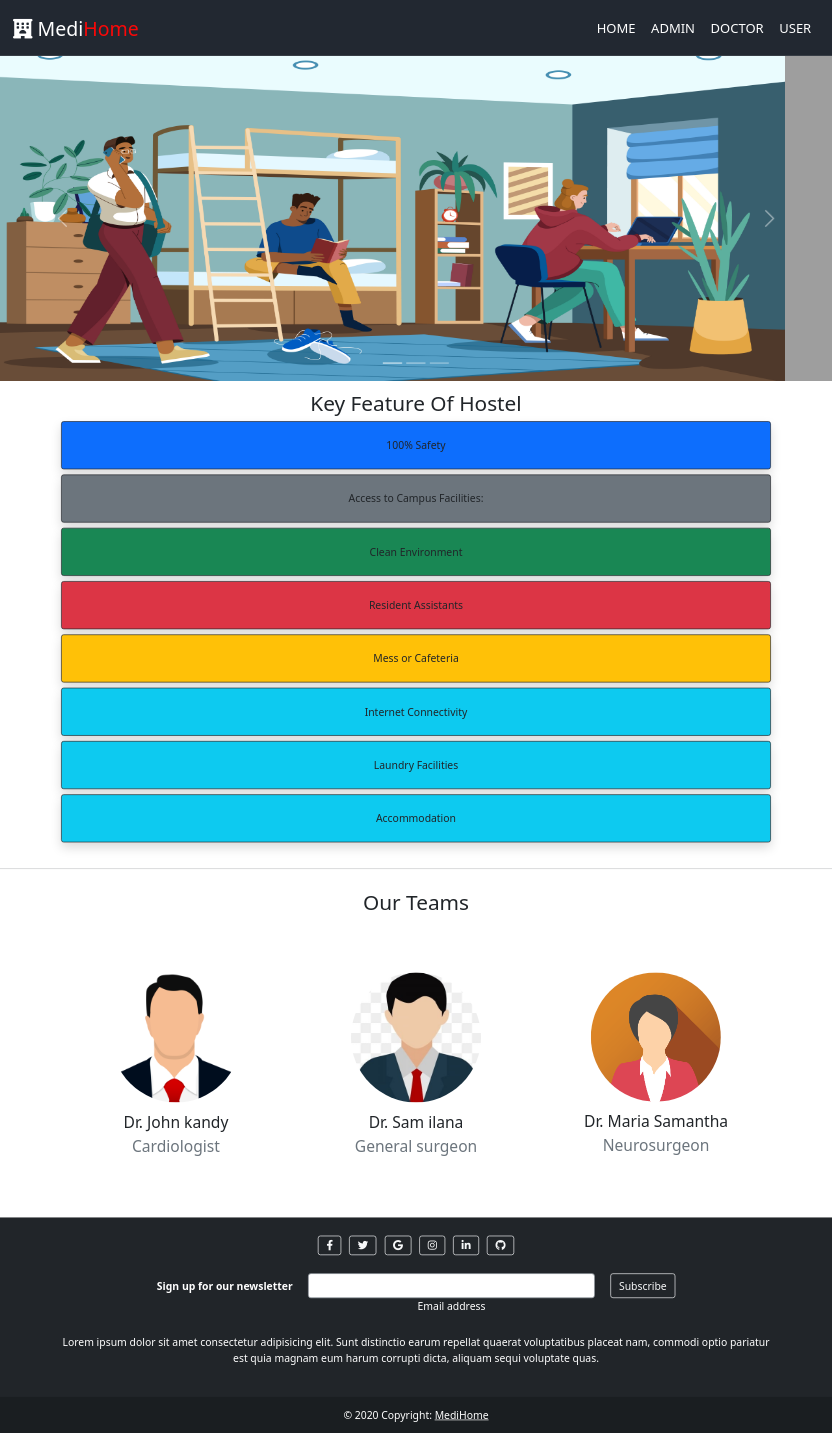
Repository: SparshGarg1/Hostel_Managment_System
Page: http://localhost/Hostel/
The author's editor kept a copy of each file at every save. The page is drawn from the files as they stood at one save, then again after the next save.
The browser window is 1280 px wide. The pictures show the whole page, at 65% of full size.
Pictures or frames that could not be fetched are drawn as grey boxes. Some web libraries are served in a nearby version. The page is served by Tomcat 9.

Above is the page before, as saved 2023-06-17 05:12:55.

### Hostel/WebContent/index.jsp
<%@ page language="java" contentType="text/html; charset=ISO-8859-1"
    pageEncoding="ISO-8859-1"%>
<!DOCTYPE html PUBLIC "-//W3C//DTD HTML 4.01 Transitional//EN" "http://www.w3.org/TR/html4/loose.dtd">
<html>
<head>
<meta http-equiv="Content-Type" content="text/html; charset=ISO-8859-1">
<link rel="stylesheet" href="style.css">
<title>Insert title here</title>
<%@ include file="component/allcss.jsp" %>
</head>
<body>
<%@ include file="component/navbar.jsp" %>

<div id="carouselExampleIndicators" class="carousel slide" data-bs-ride="carousel">
  <div class="carousel-indicators">
    <button type="button" data-bs-target="#carouselExampleIndicators" data-bs-slide-to="0" class="active" aria-current="true" aria-label="Slide 1"></button>
    <button type="button" data-bs-target="#carouselExampleIndicators" data-bs-slide-to="1" aria-label="Slide 2"></button>
    <button type="button" data-bs-target="#carouselExampleIndicators" data-bs-slide-to="2" aria-label="Slide 3"></button>
  </div>
  <div class="carousel-inner">
    <div class="carousel-item active">
      <img src="img/hos1.jpg" class="d-block w-100" alt="..." height="500px">
    </div>
    <div class="carousel-item">
      <img src="img/hos2.jpg" class="d-block w-100" alt="..." height="500px">
    </div>
    <div class="carousel-item">
      <img src="img/hos3.jpg" class="d-block w-100" alt="..." height="500px">
    </div>
  </div>
  <button class="carousel-control-prev" type="button" data-bs-target="#carouselExampleIndicators" data-bs-slide="prev">
    <span class="carousel-control-prev-icon" aria-hidden="true"></span>
    <span class="visually-hidden">Previous</span>
  </button>
  <button class="carousel-control-next" type="button" data-bs-target="#carouselExampleIndicators" data-bs-slide="next">
    <span class="carousel-control-next-icon" aria-hidden="true"></span>
    <span class="visually-hidden">Next</span>
  </button>
</div>

<div class="container p-3">
<h1 class="text-center fs-2">Key Feature Of Hostel</h1>
<div class="card-columns">
  <div class="card bg-primary p-2 m-2 border-dark shadow rounded">
    <div class="card-body text-center">
      <p class="card-text font-weight-bold">100% Safety</p>
    </div>
  </div>
  <div class="card bg-secondary p-2 m-2 border-dark shadow rounded">
    <div class="card-body text-center">
      <p class="card-text font-weight-bold">Access to Campus Facilities:</p>
    </div>
  </div>
  <div class="card bg-success p-2 m-2 border-dark shadow rounded">
    <div class="card-body text-center">
      <p class="card-text">Clean Environment</p>
    </div>
  </div>
  <div class="card bg-danger p-2 m-2 border-dark shadow rounded">
    <div class="card-body text-center">
      <p class="card-text font-weight-bold">Resident Assistants</p>
    </div>
  </div>
  <div class="card bg-warning p-2 m-2 border-dark shadow rounded">
    <div class="card-body text-center">
      <p class="card-text font-weight-bold">Mess or Cafeteria</p>
    </div>
  </div>
  <div class="card bg-info p-2 m-2 border-dark shadow rounded">
    <div class="card-body text-center">
      <p class="card-text font-weight-bold">Internet Connectivity</p>
    </div>

  </div>
  <div class="card bg-info p-2 m-2 border-dark shadow rounded">
    <div class="card-body text-center">
      <p class="card-text font-weight-bold">Laundry Facilities</p>
    </div>
  </div>
  <div class="card bg-info p-2 m-2 border-dark shadow rounded">
    <div class="card-body text-center">
      <p class="card-text font-weight-bold">Accommodation</p>
    </div>
  </div>
</div>
</div>
<hr>


<div class="container p-3">
<h1 class="text-center fs-2">Our Teams</p>
<div class="py-5 text-center text-info background-info" style="">
<div class="container">
<div class="row">
<div class="col-lg-4 col-md-6 p-4"> <img class="img-fluid d-block mb-3 mx-auto rounded-circle" alt="Card image cap" width="200" src="img/doc-1.jpg">
<h4 class="text-dark">Dr. John kandy</h4>
<h4 class="mb-0 text-secondary">Cardiologist</h4>
</div>
<div class="col-lg-4 col-md-6 p-4"> <img class="img-fluid d-block mb-3 mx-auto rounded-circle" src="img/doc-2.jpg" alt="Card image cap" width="200">
<h4 class="text-dark">Dr. Sam ilana</h4>
<h4 class="mb-0 text-secondary">General surgeon</h4>
</div>
<div class="col-lg-4 p-4"> <img class="img-fluid d-block mb-3 mx-auto rounded-circle" src="img/doc-3.jpg" width="200">
<h4 class="text-dark">Dr. Maria Samantha</h4>
<h4 class="mb-0 text-secondary">Neurosurgeon</h4>
</div>
</div>
</div>
</div>
</div>


<!-- Footer -->
<footer class="bg-dark text-center text-white">
  <!-- Grid container -->
  <div class="container p-4">
    <!-- Section: Social media -->
    <section class="mb-4">
      <!-- Facebook -->
      <a class="btn btn-outline-light btn-floating m-1" href="#!" role="button"
        ><i class="fab fa-facebook-f"></i
      ></a>

      <!-- Twitter -->
      <a class="btn btn-outline-light btn-floating m-1" href="#!" role="button"
        ><i class="fab fa-twitter"></i
      ></a>

      <!-- Google -->
      <a class="btn btn-outline-light btn-floating m-1" href="#!" role="button"
        ><i class="fab fa-google"></i
      ></a>

      <!-- Instagram -->
      <a class="btn btn-outline-light btn-floating m-1" href="#!" role="button"
        ><i class="fab fa-instagram"></i
      ></a>

      <!-- Linkedin -->
      <a class="btn btn-outline-light btn-floating m-1" href="#!" role="button"
        ><i class="fab fa-linkedin-in"></i
      ></a>

      <!-- Github -->
      <a class="btn btn-outline-light btn-floating m-1" href="#!" role="button"
        ><i class="fab fa-github"></i
      ></a>
    </section>
    <!-- Section: Social media -->

    <!-- Section: Form -->
    <section class="">
      <form action="">
        <!--Grid row-->
        <div class="row d-flex justify-content-center">
          <!--Grid column-->
          <div class="col-auto">
            <p class="pt-2">
              <strong>Sign up for our newsletter</strong>
            </p>
          </div>
          <!--Grid column-->

          <!--Grid column-->
          <div class="col-md-5 col-12">
            <!-- Email input -->
            <div class="form-outline form-white mb-4">
              <input type="email" id="form5Example21" class="form-control" />
              <label class="form-label" for="form5Example21">Email address</label>
            </div>
          </div>
          <!--Grid column-->

          <!--Grid column-->
          <div class="col-auto">
            <!-- Submit button -->
            <button type="submit" class="btn btn-outline-light mb-4">
              Subscribe
            </button>
          </div>
          <!--Grid column-->
        </div>
        <!--Grid row-->
      </form>
    </section>
    <!-- Section: Form -->

    <!-- Section: Text -->
    <section class="mb-4">
      <p>
        Lorem ipsum dolor sit amet consectetur adipisicing elit. Sunt distinctio earum
        repellat quaerat voluptatibus placeat nam, commodi optio pariatur est quia magnam
        eum harum corrupti dicta, aliquam sequi voluptate quas.
      </p>
    </section>
    <!-- Section: Text -->

    <!-- Section: Links -->
   <!--  <section class="">
      Grid row
      <div class="row">
        Grid column
        <div class="col-lg-3 col-md-6 mb-4 mb-md-0">
          <h5 class="text-uppercase">Links</h5>

          <ul class="list-unstyled mb-0">
            <li>
              <a href="#!" class="text-white">Home</a>
            </li>
            <li>
              <a href="#!" class="text-white">Admin</a>
            </li>
            <li>
              <a href="#!" class="text-white">Doctor</a>
            </li>
            <li>
              <a href="#!" class="text-white">User</a>
            </li>
          </ul>
        </div>
      </div>
      Grid row
    </section> -->
    <!-- Section: Links -->
  </div>
  <!-- Grid container -->

  <!-- Copyright -->
  <div class="text-center p-3" style="background-color: rgba(0, 0, 0, 0.2);">
    © 2020 Copyright:
    <a class="text-white" href="index.jsp">MediHome</a>
  </div>
  <!-- Copyright -->
</footer>
<!-- Footer -->


</body>
</html>

### Hostel/WebContent/component/allcss.jsp
<link rel="stylesheet" href="https://cdnjs.cloudflare.com/ajax/libs/font-awesome/6.1.2/css/all.min.css" integrity="sha512-1sCRPdkRXhBV2PBLUdRb4tMg1w2YPf37qatUFeS7zlBy7jJI8Lf4VHwWfZZfpXtYSLy85pkm9GaYVYMfw5BC1A==" crossorigin="anonymous" referrerpolicy="no-referrer" />
<link href="https://cdn.jsdelivr.net/npm/bootstrap@5.0.2/dist/css/bootstrap.min.css" rel="stylesheet" integrity="sha384-EVSTQN3/azprG1Anm3QDgpJLIm9Nao0Yz1ztcQTwFspd3yD65VohhpuuCOmLASjC" crossorigin="anonymous">
<script src="https://cdn.jsdelivr.net/npm/bootstrap@5.0.2/dist/js/bootstrap.bundle.min.js" integrity="sha384-MrcW6ZMFYlzcLA8Nl+NtUVF0sA7MsXsP1UyJoMp4YLEuNSfAP+JcXn/tWtIaxVXM" crossorigin="anonymous"></script>

### Hostel/WebContent/component/navbar.jsp
<!-- <nav class="navbar navbar-expand-lg navbar-dark bg-success">
  <div class="container-fluid">
    <a class="navbar-brand" href="index.jsp"><i class="fas fa-clinic-medical"></i> Medi Home</a>
    <button class="navbar-toggler" type="button" data-bs-toggle="collapse" data-bs-target="#navbarSupportedContent" aria-controls="navbarSupportedContent" aria-expanded="false" aria-label="Toggle navigation">
      <span class="navbar-toggler-icon"></span>
    </button>
    <div class="collapse navbar-collapse" id="navbarSupportedContent">
      <ul class="navbar-nav ms-auto mb-2 mb-lg-0">
        <li class="nav-item">
          <a class="nav-link active" aria-current="page" href="admin_login.jsp"><i class="fas fa-sign-in-alt"></i> ADMIN</a>
        </li>
        <li class="nav-item">
          <a class="nav-link active" aria-current="page" href="doctor_login.jsp">DOCTOR</a>
        </li>
        <li class="nav-item">
          <a class="nav-link active" aria-current="page" href="#">APPOINMENT</a>
        </li>
        <li class="nav-item">
          <a class="nav-link active" aria-current="page" href="user_login.jsp">USER</a>
        </li>
        <li class="nav-item dropdown">
          <a class="nav-link dropdown-toggle" href="#" id="navbarDropdown" role="button" data-bs-toggle="dropdown" aria-expanded="false">
            Dropdown
          </a>
          <ul class="dropdown-menu" aria-labelledby="navbarDropdown">
            <li><a class="dropdown-item" href="#">Action</a></li>
            <li><a class="dropdown-item" href="#">Another action</a></li>
            <li><hr class="dropdown-divider"></li>
            <li><a class="dropdown-item" href="#">Something else here</a></li>
          </ul>
        </li>


      </ul>
    </div>
  </div>
</nav> -->
<style>
<!--
.header{

    width: 100%;
    background-image: url("img/banner.jpg");
    background-position: center;
    background-repeat: no-repeat;
    background-size: cover;
    position: relative;
}
nav{
    display: flex;
    justify-content: space-between;
    align-items: center;
    background-color: #222831;
}
.logo{
    margin: 20px;
}
.logo a:hover{
    font-size: 40px;
}
.logo a{
    text-decoration: none;
    font-size: 30px;
    color: white;
}
.logo span{
    color: rgb(251, 8, 8);
    font-size: 30px;
}
.nav-links{
   text-align: right;
}
.nav-links ul{
    display: flex;
    margin: 20px;
}
.nav-links ul li{
    display: flex;
    display: inline-block;
    padding: 8px 12px;
    position: relative;
}
.nav-links ul li a{
    text-decoration: none;
    font-size: 20px;
    color: #fff;
}

.nav-links ul li a:hover{
    background-color: gray;
    color: black;
    padding: 15px;
    border: 3px solid black;
    border-radius: 12px;
    margin: 3px;
}
nav .fa{
    display: none;
}
@media(max-width: 700px){

    .nav-links ul {
        display: flex;
        flex-direction: column;
     }
     .nav-links ul li{
        margin-bottom: 25%;
        margin-top: 25%;
     }
    .nav-links ul li a{
        color: black;
        font-weight: 600;
     }


     .nav-links{
        position: absolute;
        top: 0;
        right: -200px;
        background-color: orange;
        height: 100vh;
        width: 200px;
        z-index: 1;
        text-align: left;
     }
     nav .fa{
         display: block;
         color: #fff;
         margin: 10px;
         font-size: 22px;
     }
     .nav-links ul{
         padding: 30px;
         transition-delay: 2s;
     }
}
/* .text-area{
    border: 2px solid green;
    position: relative;
    margin: auto;
    top: 20vh;
    width: 90%;
}
.text-area h3{
    color: rgb(87, 21, 21);
    font-size: 28px;
}
.text-area h1{
    font-size: 35px;
} */


.h1_tag{

        font-size: 36px;
        font-weight: 600;
        text-align: center;
    }

.h3_tag{

        font-size: 20px;
        text-align: center;
        color: crimson;
    }
-->
</style>
<section class="header" id="header">
      <nav>
        <div class="logo" ><a href="index.html"><i class="fas fa-hotel"></i> Medi<span>Home</span></a></div>
        <div class="nav-links" id="navLinks">
            <i class="fa fa-window-close" aria-hidden="true" onclick="hideMenu()"></i>
            <ul>
                <li><a href="index.jsp">HOME</a></li>
                <li><a href="admin_login.jsp">ADMIN</a></li>
                <li><a href="doctor_login.jsp">DOCTOR</a></li>
                <li><a href="user_login.jsp">USER</a></li>
            </ul>
        </div>
        <i class="fa fa-bars" aria-hidden="true" onclick="showMenu()"></i>
      </nav>
      <!-- <div class="text-area">
        <h3>Hello, my name is</h3>
        <h1>Sparsh Garg</h1>
        <h3>and I'm a Developer</h3>
      </div> -->
    </section>

### Hostel/WebContent/style.css
.doctors .box-container{
    display: grid;
    grid-template-columns: repeat(auto-fit, minmax(30rem, 1fr));
    gap:2rem;
}

.doctors .box-container .box{
    text-align: center;
    background:#fff;
    border-radius: .5rem;
    border:var(--border);
    box-shadow: var(--box-shadow);
    padding:2rem;
}

.doctors .box-container .box img{
    height: 20rem;
    border:var(--border);
    border-radius: .5rem;
    margin-top: 1rem;
    margin-bottom: 1rem;
}

.doctors .box-container .box h3{
    color:var(--black);
    font-size: 2.5rem;
}

.doctors .box-container .box span{
    color:var(--green);
    font-size: 1.5rem;
}

.doctors .box-container .box .share{
    padding-top: 2rem;
}

.doctors .box-container .box .share a{
    height: 5rem;
    width: 5rem;
    line-height: 4.5rem;
    font-size: 2rem;
    color:var(--green);
    border-radius: .5rem;
    border:var(--border);
    margin:.3rem;
}

.doctors .box-container .box .share a:hover{
    background:var(--green);
    color:#fff;
    box-shadow: var(--box-shadow);
}
.heading{
    text-align: center;
    padding-bottom: 2rem;
    text-shadow: var(--text-shadow);
    text-transform: uppercase;
    color:var(--black);
    font-size: 5rem;
    letter-spacing: .4rem;
}

After the next save:
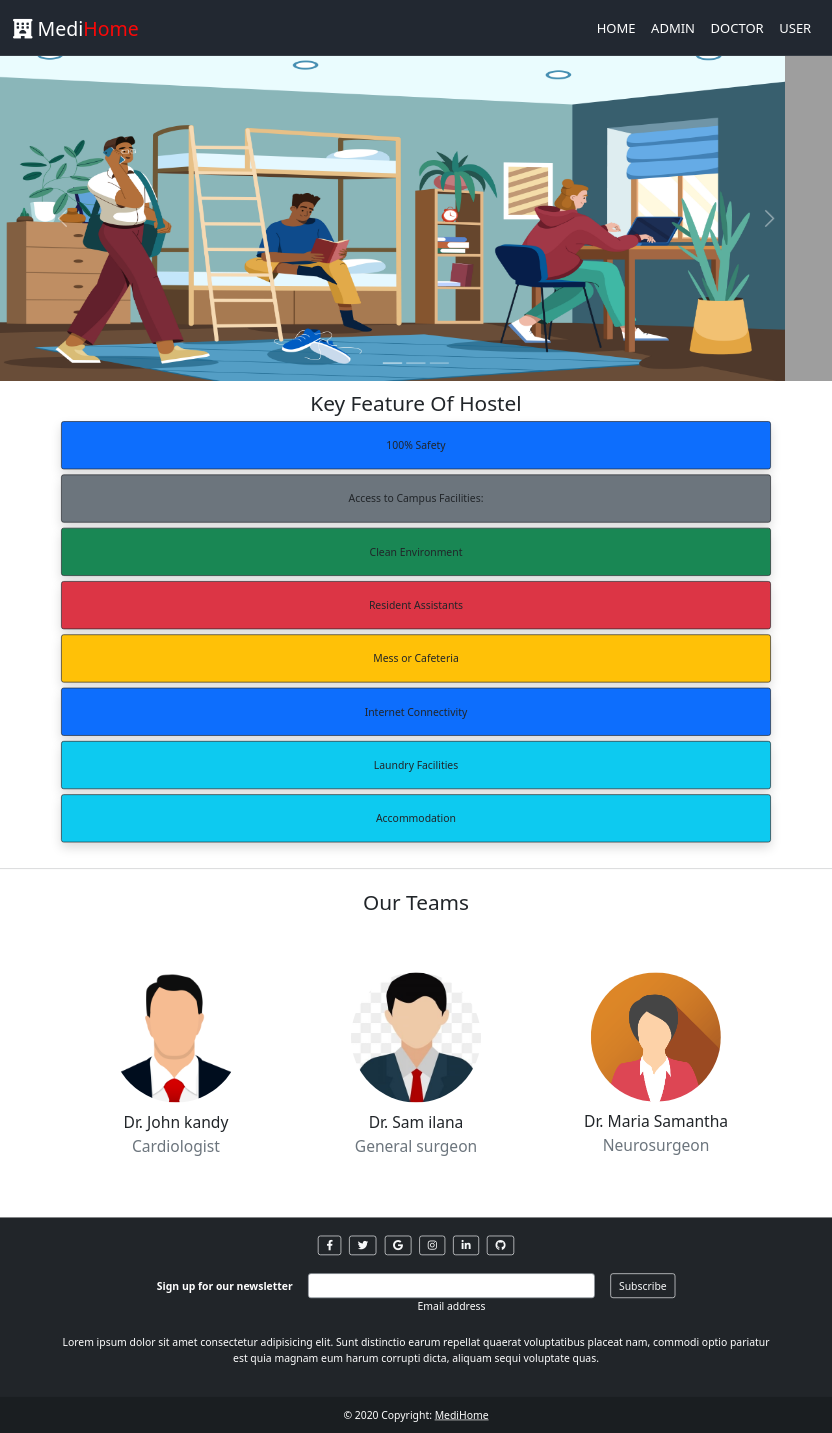
Saved 99 s later.
--- a/Hostel/WebContent/index.jsp
+++ b/Hostel/WebContent/index.jsp
@@ -66,7 +66,7 @@
       <p class="card-text font-weight-bold">Mess or Cafeteria</p>
     </div>
   </div>
-  <div class="card bg-info p-2 m-2 border-dark shadow rounded">
+  <div class="card bg-primary p-2 m-2 border-dark shadow rounded">
     <div class="card-body text-center">
       <p class="card-text font-weight-bold">Internet Connectivity</p>
     </div>
